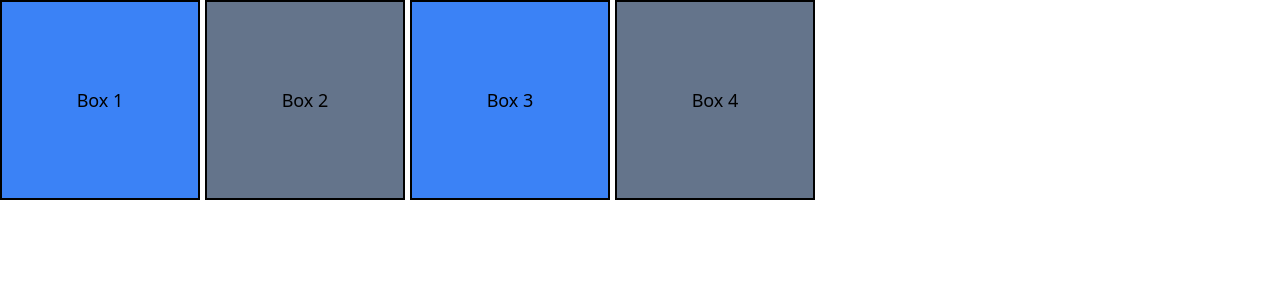
Repository: asadullah48/9th_class_nextjs
Page: /
An editor plug-in stored every save of this project. The page is shown before and after the next save, followed by the edit.
The browser window is 1280 px wide. The pictures show the whole page.
The project was rebuilt for these pictures with package versions that can differ from the ones it lists, and the page was loaded fresh each time. The framework's server and built-in components were replaced by stand-ins that run in the browser. Also part of the build but not shown: next.config.ts.

Above is the page before, as saved 2024-11-21 09:59:06.

After the next save:
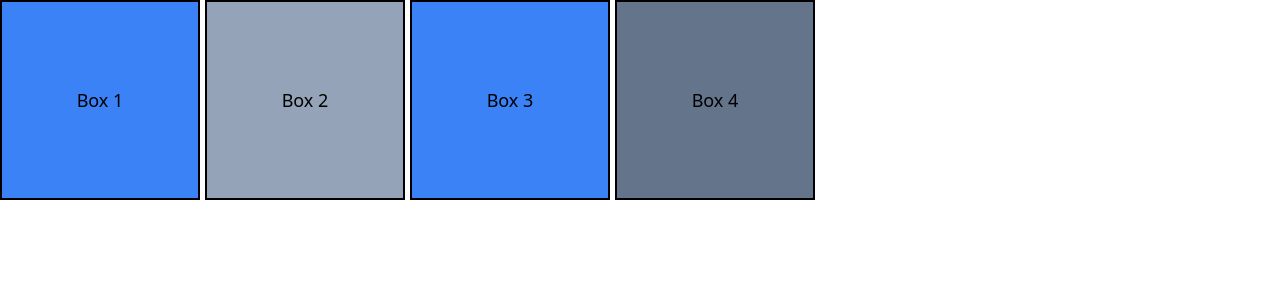
Saved 22 s later.
--- a/src/app/page.tsx
+++ b/src/app/page.tsx
@@ -9,7 +9,7 @@ function Home() {
     {/* <div className="box" id="box1">Box 1 </div>
     <div className="box" id="box2" >Box 2</div> */}
     <div className=" flex justify-center items-center h-[200px] w-[200px] bg-blue-500 border-2 border-black">Box 1 </div>
-    <div className="flex justify-center items-center h-[200px] w-[200px] bg-slate-500 border-2 border-black">Box 2</div>
+    <div className="flex justify-center items-center h-[200px] w-[200px] bg-slate-400 border-2 border-black">Box 2</div>
     <div className=" flex justify-center items-center h-[200px] w-[200px] bg-blue-500 border-2 border-black">Box 3 </div>
     <div className="flex justify-center items-center h-[200px] w-[200px] bg-slate-500 border-2 border-black">Box 4</div>
 
